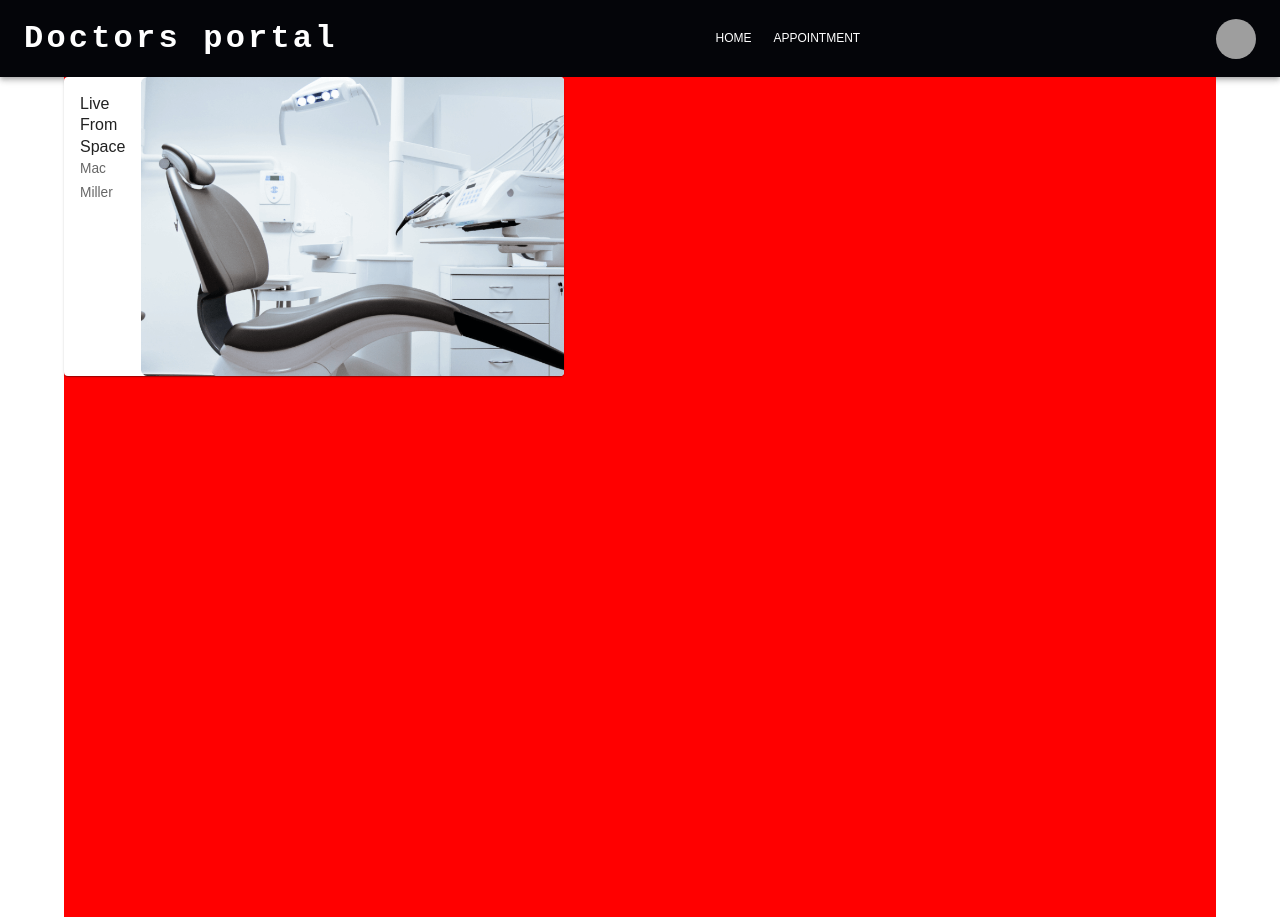
Repository: mdrubel02/health-care
Page: /
An editor plug-in stored every save of this project. The page is shown before and after the next save, followed by the edit.
The browser window is 1280 px wide. The pictures show the whole page.
Pictures or frames that could not be fetched are drawn as grey boxes. The project was rebuilt for these pictures with package versions that can differ from the ones it lists, and the page was loaded fresh each time. Also part of the build but not shown: src/Pages/Appointment/Appointment.js.

Above is the page before, as saved 2022-11-14 16:02:23.

After the next save:
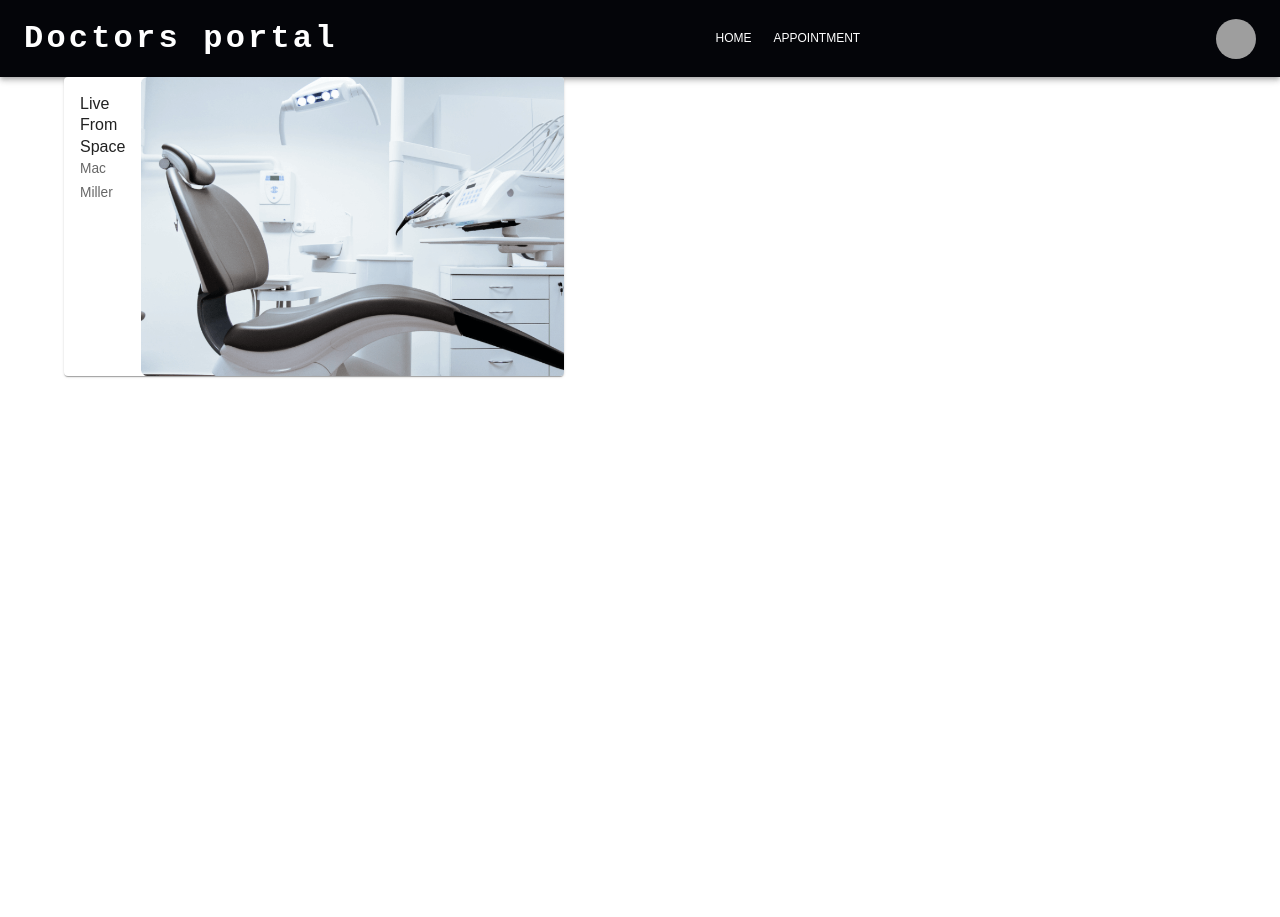
Saved 14 s later.
--- a/src/Pages/Home/Banner/Banner.js
+++ b/src/Pages/Home/Banner/Banner.js
@@ -4,7 +4,7 @@ import chair from '../../../assets/images/chair.png'
 
 const Banner = () => {
     return (
-        <Box sx={{height: '840px' , backgroundColor: 'red'}}>
+        <Box sx={{height: '840px' , }}>
             <Card sx={{ display: 'flex' , width: '500px' }}>
                 <Box sx={{ display: 'flex', flexDirection: 'column' }}>
                     <CardContent sx={{ flex: '1 0 auto' }}>
